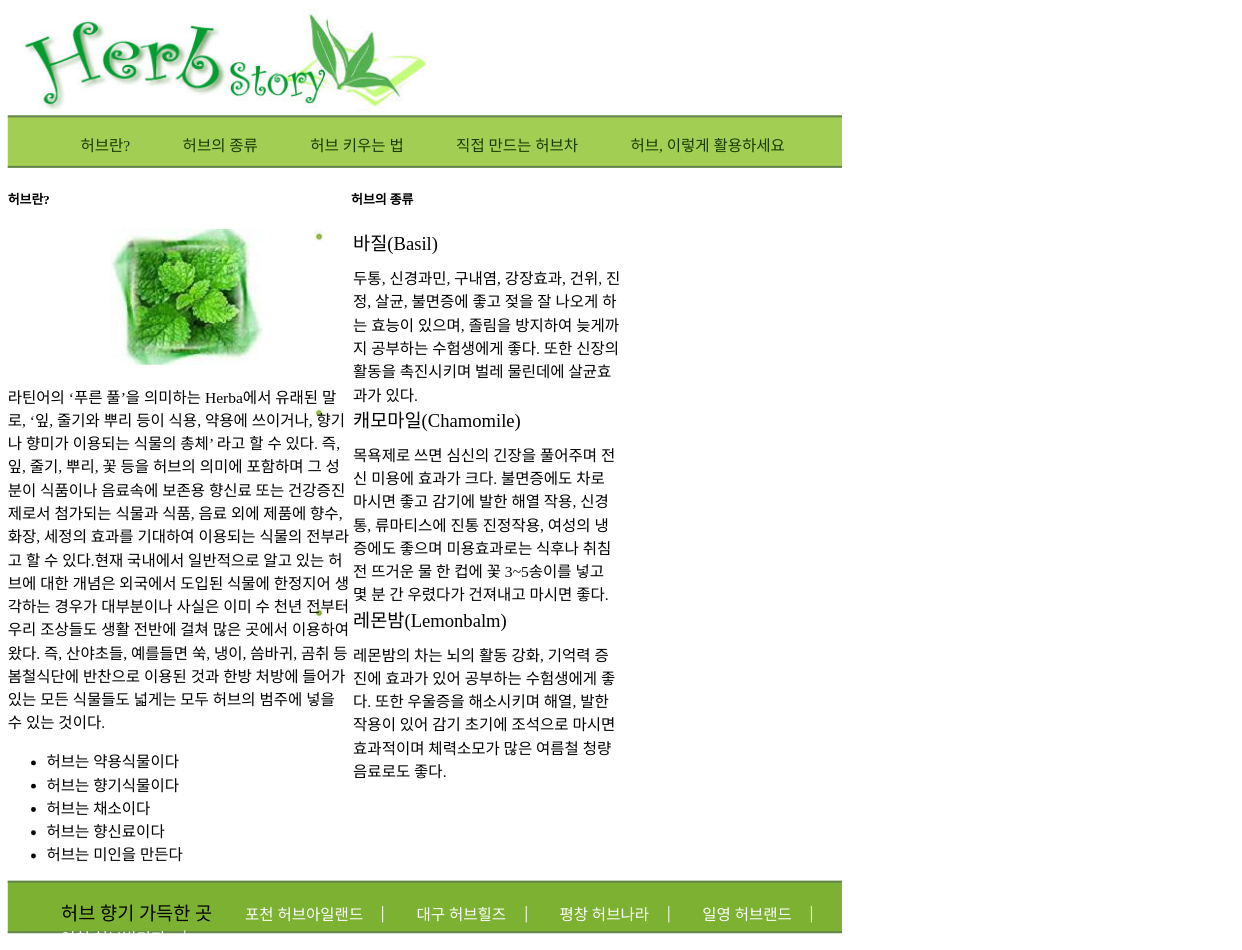
Repository: gus-123/Edu_KCC_HTML
Page: CSS/WebContent/layout.htm
These files come from the project's save history. The page is drawn as it stood at one moment and after the next save; the edit follows.
The browser window is 1280 px wide. The pictures show the whole page, at 97% of full size.

Above is the page before, as saved 2024-07-09 08:36:36.

After the next save:
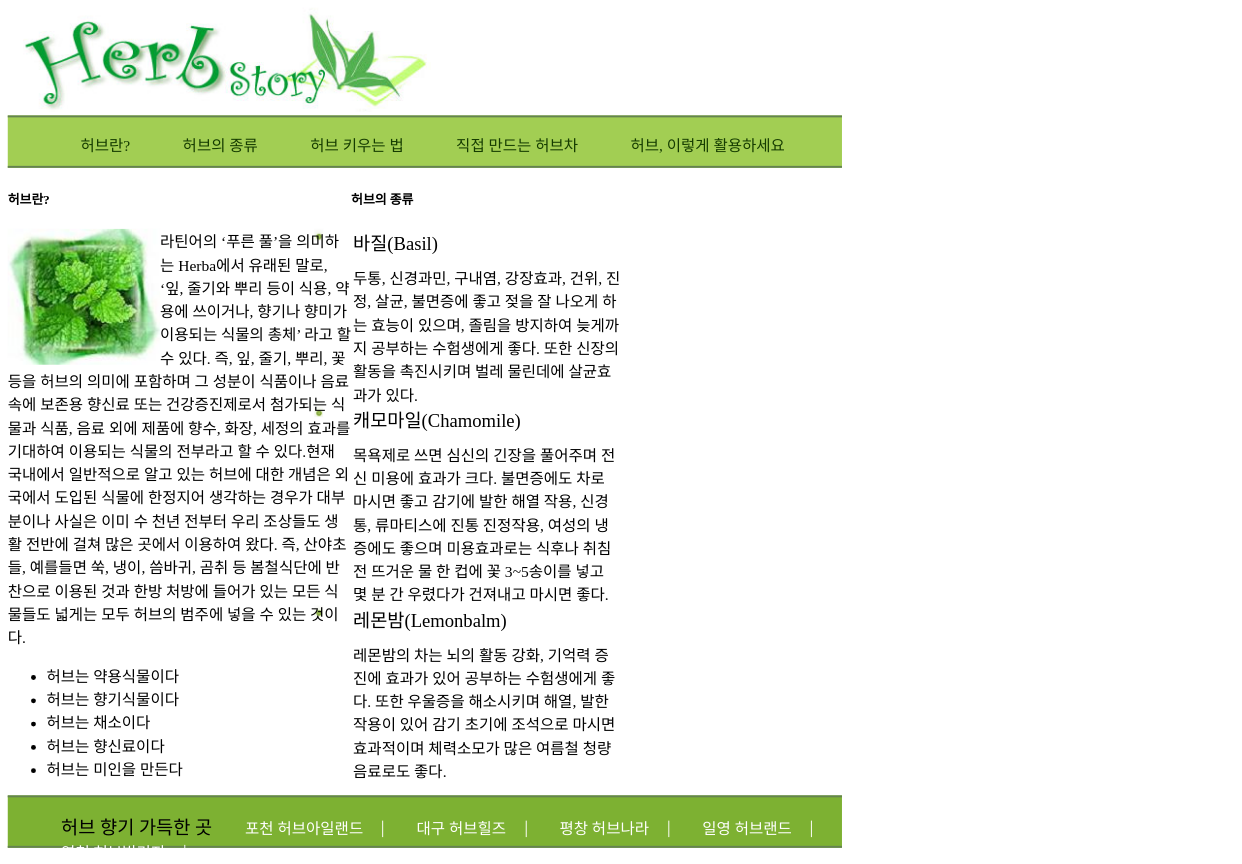
Saved 13 s later.
--- a/CSS/WebContent/layout.htm
+++ b/CSS/WebContent/layout.htm
@@ -32,7 +32,7 @@
 }
 
 #content1 img {
-	margin-left: 30%;
+	float: left;
 }
 
 #content2 {
